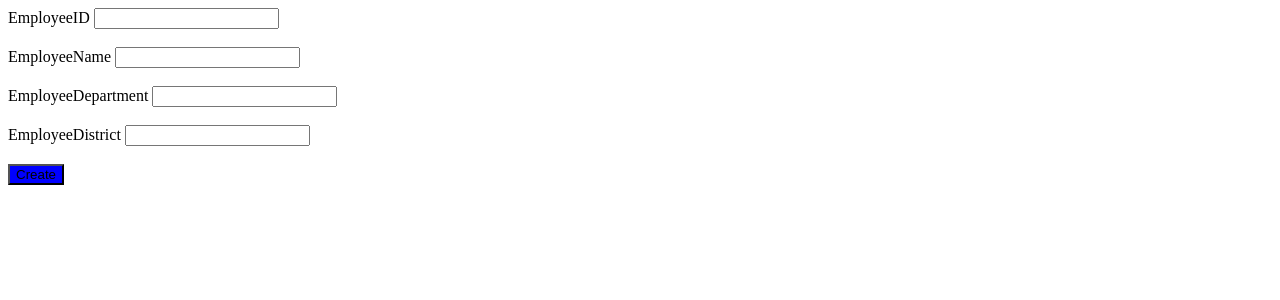
Repository: tamilnila96/Servlet
Page: http://localhost/EmployeeDetails/Employee.jsp
An editor plug-in stored every save of this project. The page is shown before and after the next save, followed by the edit.
The browser window is 1280 px wide. The pictures show the whole page.
The page is served by Tomcat 9. Other server files are loaded and not shown.

Above is the page before, as saved 2025-05-12 09:52:49.

### EmployeeDetails/WebContent/Employee.jsp
<%@ page language="java" contentType="text/html; charset=ISO-8859-1"
    pageEncoding="ISO-8859-1"%>
<!DOCTYPE html>
<html>
<head>
<meta charset="ISO-8859-1">
<title>Welcome to EmployeePortal</title>
</head>
<body>
<form action="/EmployeeSubmission" method = "POST">
<div>
<label>EmployeeID</label>
<input type ="text" id = "EmployeeID" name = "EmployeeID"></br>
</div></br>
<div>
<label>EmployeeName</label>
<input type ="text" id = "EmployeeName" name = "EmployeeName"></br>
</div></br>
<div>
<label>EmployeeDepartment</label>
<input type ="text" id = "EmployeeDepartment" name = "EmployeeDepartment"></br>
</div></br>
<div>
<label>EmployeeDistrict</label>
<input type ="text" id = "EmployeeDistrict" name = "EmployeeDistrict"></br>
</div></br>
<div>
<input type ="submit" value = "Create" style = background-color:blue >
</div>
</form>

</body>
</html>

After the next save:
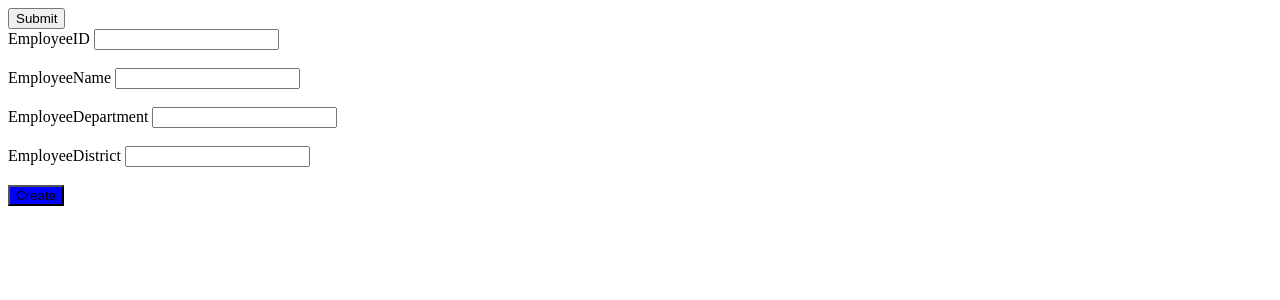
Saved 2 min 11 s later.
--- a/EmployeeDetails/WebContent/Employee.jsp
+++ b/EmployeeDetails/WebContent/Employee.jsp
@@ -7,7 +7,10 @@
 <title>Welcome to EmployeePortal</title>
 </head>
 <body>
-<form action="/EmployeeSubmission" method = "POST">
+<form action="<%= request.getContextPath() %>/EmployeeSubmission" method="post">
+    <!-- form fields -->
+    <button type="submit">Submit</button>
+
 <div>
 <label>EmployeeID</label>
 <input type ="text" id = "EmployeeID" name = "EmployeeID"></br>
